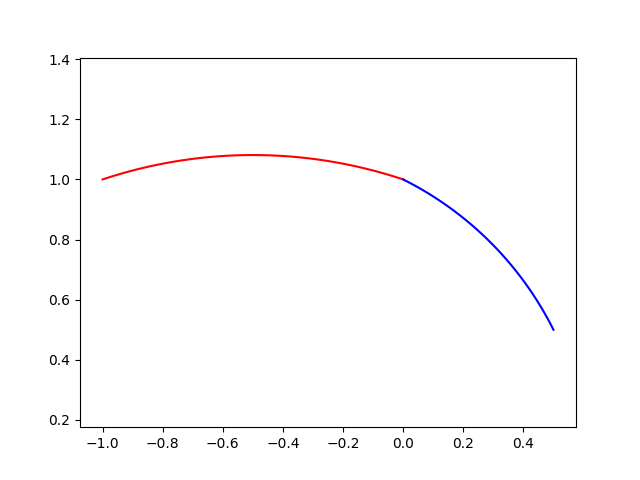
Repository: lbylzkx/Circle-Point-Manuscript
Script's output: python draw_flower_test.py
These files come from the project's save history. The script's output is drawn as it stood at one moment and after the next save; the edit follows.
Each picture stacks the figures in order, with grey between them; figures that are only written to a file come last. Random numbers start from a fixed seed.

Above is the script's output before, as saved 2023-09-20 10:55:28.

### draw_flower_test.py
from draw_arc import arc
import matplotlib.pyplot as plt

# arc((0, 1), (2, 1), (1, 2))
# arc((0, 0), (-1, -1), (1, 1))

arc((-0.5, -0.5), (0, 1), (-1, 1), 'r')
arc((-0.5, 0), (0.5, 0.5), (0, 1), 'b')
plt.show()

### draw_arc.py
import matplotlib.pyplot as plt
import numpy as np

import sys
sys.path.append('C:/Userslbylzk/Documents/BaiduSyncdisk/Flowers')


def arc(center, point1, point2, color='b'):
    # 计算端点到圆心的向量
    vector1 = np.array(point1) - np.array(center)
    vector2 = np.array(point2) - np.array(center)

    # 计算向量的模长
    r1 = np.linalg.norm(vector1)
    r2 = np.linalg.norm(vector2)

    # 计算向量之间的夹角
    theta1 = np.arctan2(vector1[1], vector1[0])
    theta2 = np.arctan2(vector2[1], vector2[0])

    # 确保 theta2 > theta1
    if theta2 < theta1:
        theta2 += 2 * np.pi

    # 计算圆弧上的点
    t = np.linspace(theta1, theta2, 100)
    x = center[0] + r1 * np.cos(t)
    y = center[1] + r1 * np.sin(t)

    # X,Y轴等长
    plt.axis('equal')
    # 绘制圆弧
    plt.plot(x, y, color)


# 示例
# draw_arc((1, 1), (2, 1), (1, 0))
# draw_arc((1, 1), (1, 0), (2, 1))
# arc((0, 0), (-1, -1), (1, 1), 'r')
# plt.axis('equal')
plt.show()

### draw_circle_by_point.py
import matplotlib.pyplot as plt
import numpy as np
import sys
sys.path.append('C:/Userslbylzk/Documents/BaiduSyncdisk/Flowers')


def circle(center, radius, color='b'):
    # 计算圆的半径
    radius = np.sqrt((point[0] - center[0])
                     ** 2 + (point[1] - center[1]) ** 2)

    # 生成圆上的点
    theta = np.linspace(0, 2 * np.pi, 100)
    x = center[0] + radius * np.cos(theta)
    y = center[1] + radius * np.sin(theta)

    # 绘制图形
    plt.axis('equal')
    plt.plot(x, y, color)


# 给定点的坐标
center = (1, 1)
# 圆周上一点的坐标
point = (2, 3)
circle(center, point, 'r')
# plt.xlabel('x')
# plt.ylabel('y')
# plt.title('Circle')
# plt.grid(True)
plt.show()

After the next save:
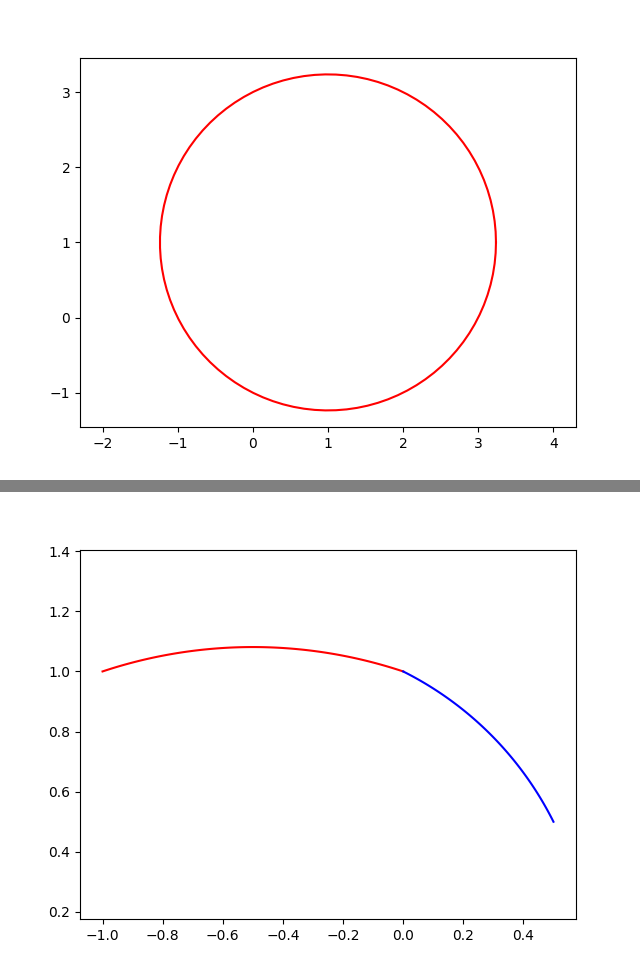
Saved 47 s later.
--- a/draw_flower_test.py
+++ b/draw_flower_test.py
@@ -1,5 +1,6 @@
+import matplotlib.pyplot as plt
 from draw_arc import arc
-import matplotlib.pyplot as plt
+from draw_circle_by_point import *
 
 # arc((0, 1), (2, 1), (1, 2))
 # arc((0, 0), (-1, -1), (1, 1))
